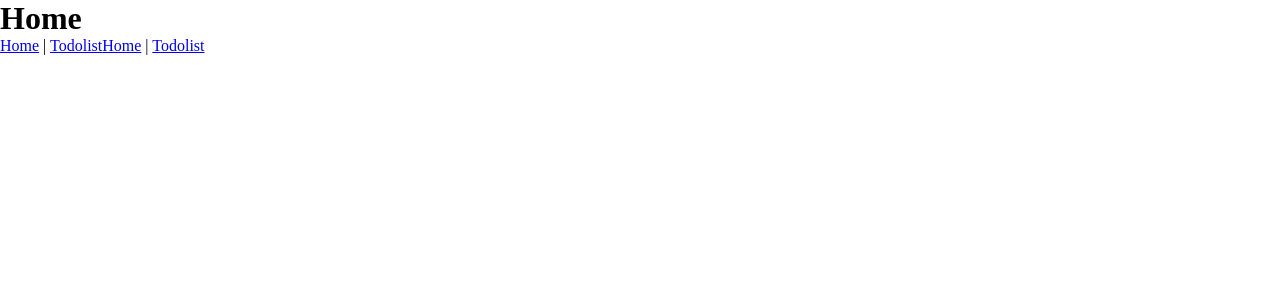
Repository: phamhac178/todolist-reactjs
Page: /
An editor plug-in stored every save of this project. The page is shown before and after the next save, followed by the edit.
The browser window is 1280 px wide. The pictures show the whole page.
Some web libraries are served in a nearby version. The project was rebuilt for these pictures with package versions that can differ from the ones it lists, and the page was loaded fresh each time. Also part of the build but not shown: src/Components/Form.js, src/Components/Header.js, src/Components/TodoList.js, src/Components/Todos.js.

Above is the page before, as saved 2022-07-18 16:45:19.

After the next save:
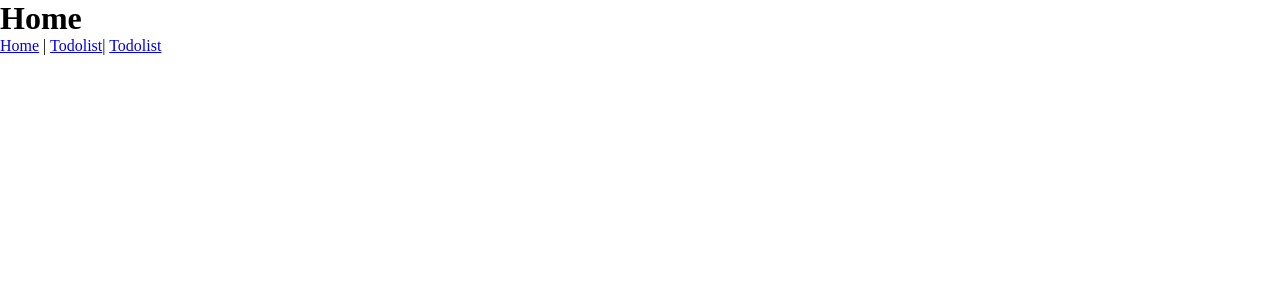
Saved 8 s later.
--- a/src/Components/Menu.js
+++ b/src/Components/Menu.js
@@ -4,8 +4,7 @@ function Menu() {
         <div>
             <h1>Home</h1>
             <nav>
-                <Link to="/">Home</Link> | <Link to="Todolist">Todolist</Link>
-                <Link to="/">Home</Link> | <Link to="Todolist">Todolist</Link>
+                <Link to="/">Home</Link> | <Link to="Todolist">Todolist</Link>| <Link to="Todolist">Todolist</Link>
             </nav>
         </div>
     );
